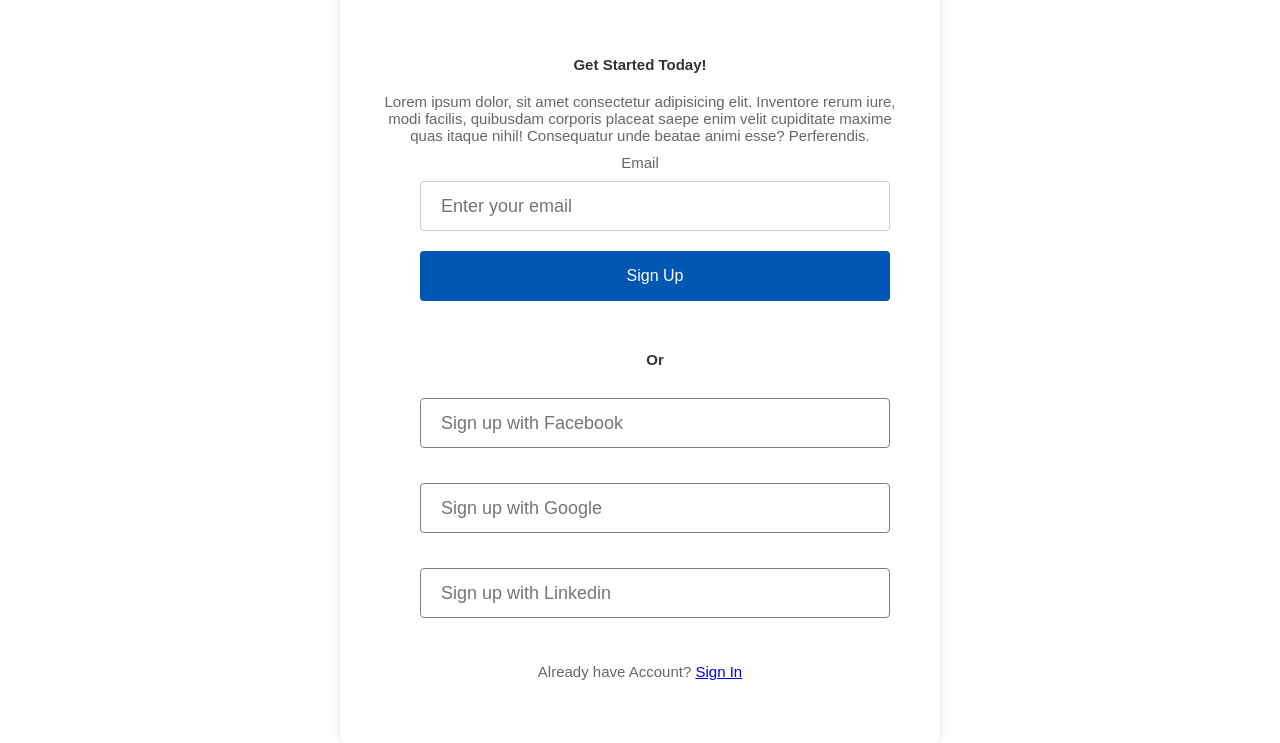
Repository: Femi007-gh/LOGIN-INTERFACE
Page: index.html
These files come from the project's save history. The page is drawn as it stood at one moment and after the next save; the edit follows.
The browser window is 1280 px wide. The pictures show the whole page.

Above is the page before, as saved 2025-01-21 13:57:39.

After the next save:
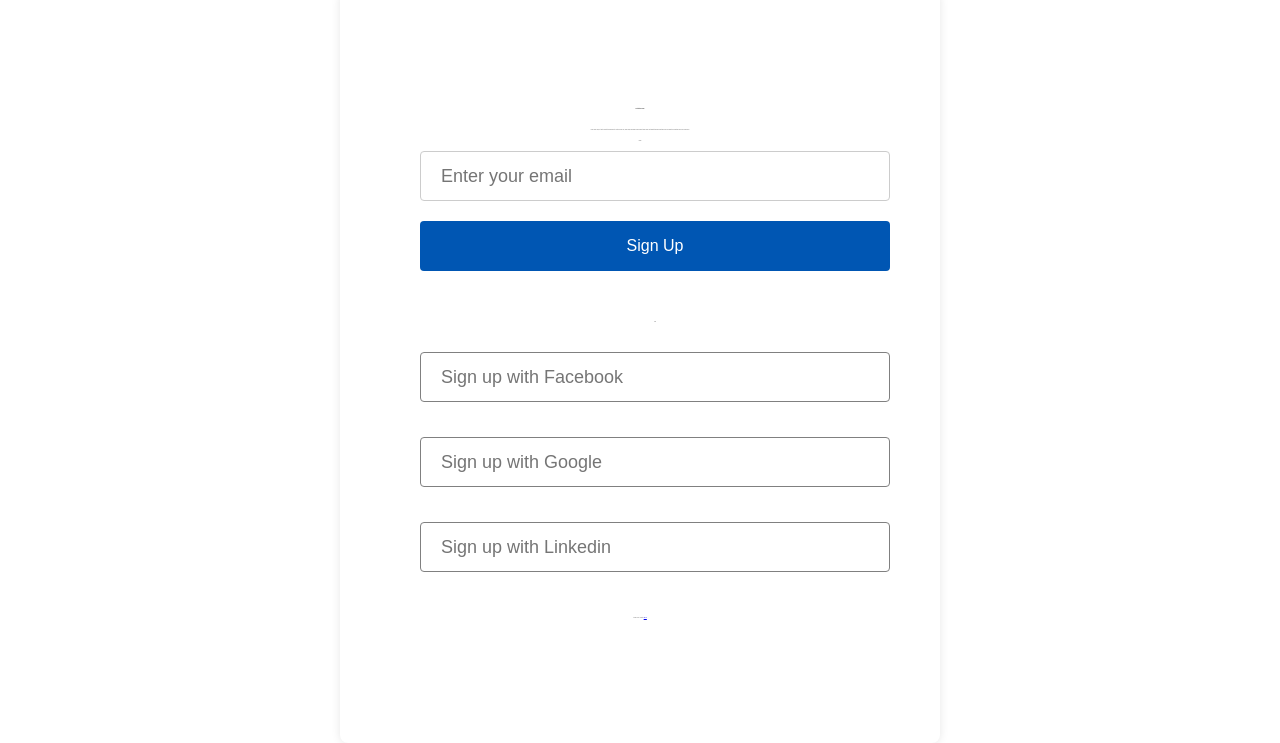
Saved 13 s later.
--- a/style.css
+++ b/style.css
@@ -124,7 +124,7 @@ p {
 }
 
 .pet, p, h1 {
-  font-size: 15px;
+  font-size: 1px;
 }
 
 .pet {
